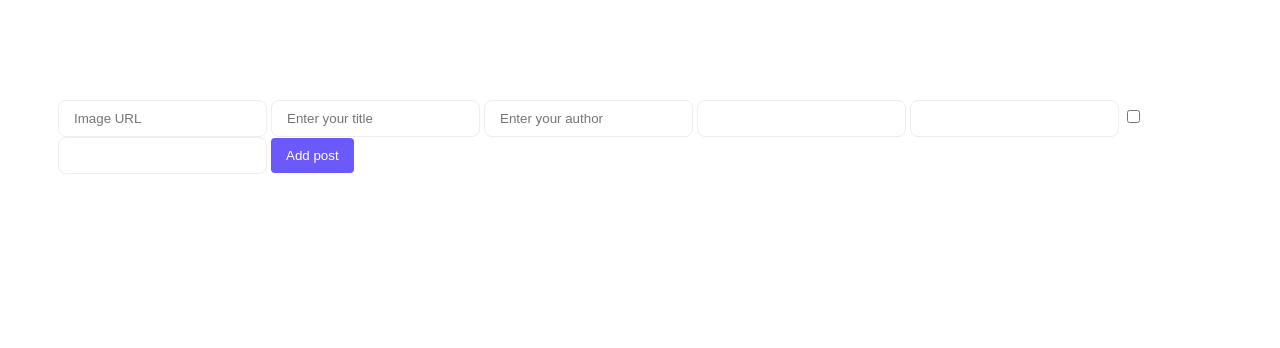
Repository: thuan711/All-about-JS
Page: api/api.html
These files come from the project's save history. The page is drawn as it stood at one moment and after the next save; the edit follows.
The browser window is 1280 px wide. The pictures show the whole page.

Above is the page before, as saved 2023-01-22 21:24:43.

After the next save:
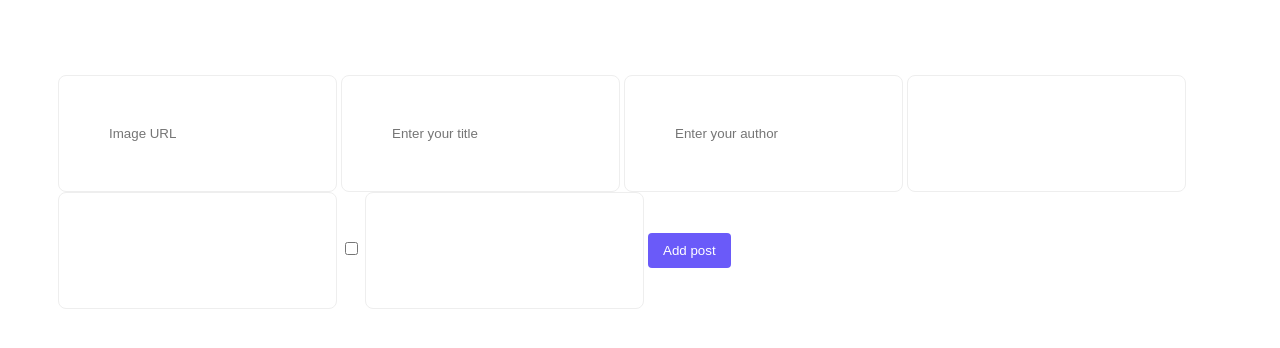
Saved 24 s later.
--- a/api/api.html
+++ b/api/api.html
@@ -116,13 +116,14 @@
             display: block;
             justify-content: center;
             gap: 0 25px;
-            margin: 50px auto;
+            margin: 25px auto;
             padding: 50px;
           }
           .form-post input{
             padding: 10px 15px;
             border: 1px solid #eee;
             border-radius: 8px;
+            padding: 50px;
           }
           .form-post button{
             background-color: #6a5af9;
